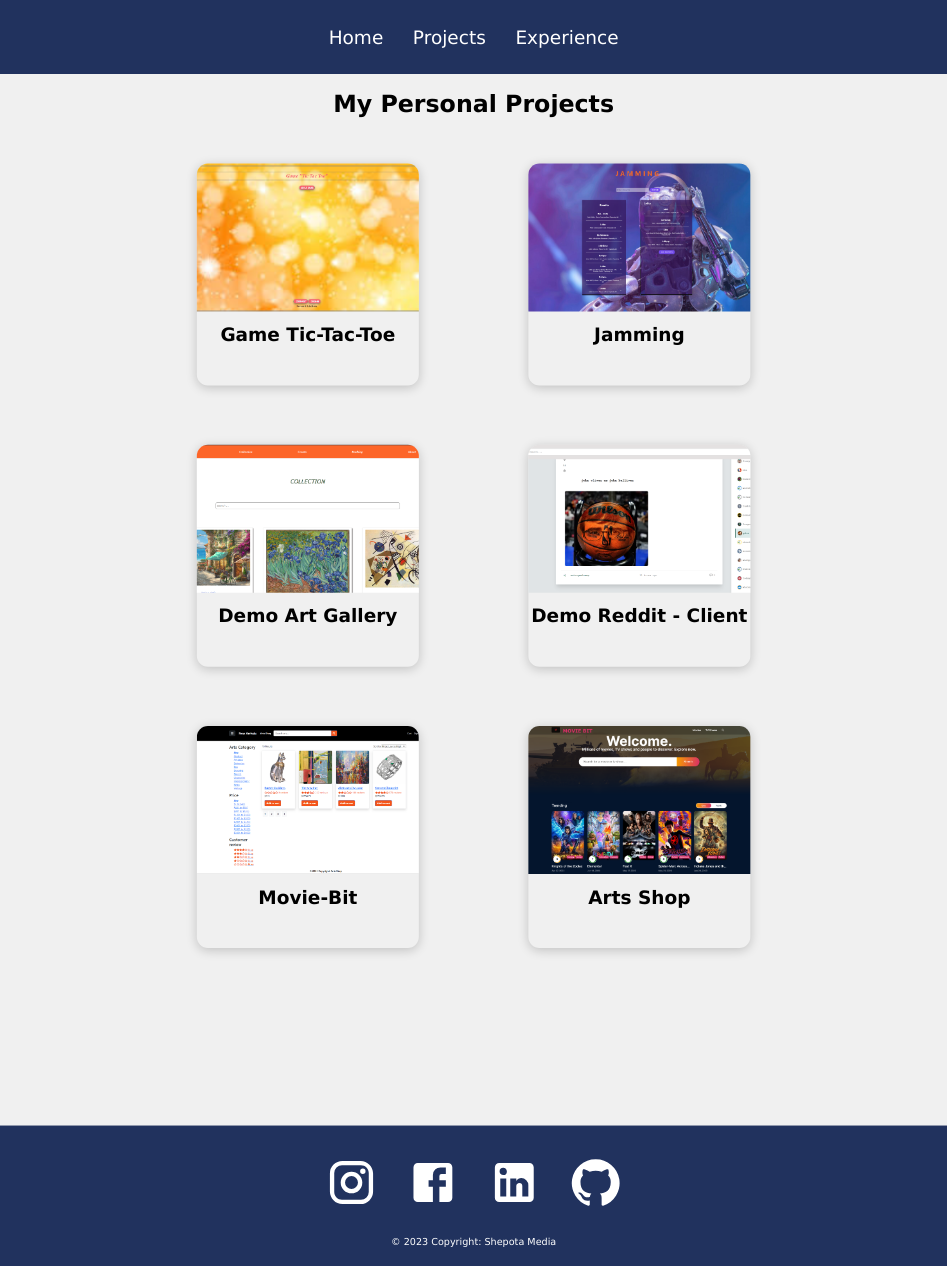
Repository: LolaSL/react-portfolio
Page: /projects
An editor plug-in stored every save of this project. The page is shown before and after the next save, followed by the edit.
The browser window is 1280 px wide. The pictures show the whole page, at 74% of full size.
The project was rebuilt for these pictures with package versions that can differ from the ones it lists, and the page was loaded fresh each time. Also part of the build but not shown: src/pages/Home/Style.css, src/pages/Home/Home.jsx, src/pages/Experience/Experience.jsx.

Above is the page before, as saved 2023-06-28 21:05:51.

### src/App.js

import './App.css';
import { BrowserRouter as Router, Routes, Route } from 'react-router-dom';
import Home from './pages/Home/Home.jsx';
import Projects from './pages/Projects/Projects.jsx';
import Experience from './pages/Experience/Experience.jsx';
import Navbar from "./components/Navbar/Navbar.jsx";
import Footer from './components/Footer/Footer.jsx';

function App() {
  return (
    <div className="App">
      <Router>
      <Navbar />
        <Routes>
          <Route path="/" element={<Home />} />
          <Route path="/projects" element={<Projects/>} />
          <Route path="/experience" element ={<Experience/>}/>
        </Routes>
        <Footer />
      </Router>
    </div>
  );
}

export default App;

### src/App.css
.App {
  width: 100%;
  height: auto;
  display: flex;
  flex-direction: column;
  font-family:'Lucida Sans', 'Lucida Sans Regular', 'Lucida Grande', 'Lucida Sans Unicode', Geneva, Verdana, sans-serif;
  background-color: #f0f0f0;
}

body {
  padding: 0;
  margin: 0;
}

### src/pages/Projects/Projects.jsx
import React from "react";
import ProjectItem from "../../components/ProjectItem/ProjectItem.jsx";
import { ProjectList } from "../../helpers/ProjectList.js";
import "./Style.css";


function Projects() {
  return (
    <div className="projects">
      <h1> My Personal Projects</h1>
      <div className="projectList">
        {ProjectList.map((project, index) => {
          return (
            <ProjectItem id={index} name={project.name} image={project.image} />
          );
        })}
      </div>
    </div>
  );
}

export default Projects;

### src/components/Navbar/Navbar.jsx
import React, { useEffect, useState } from "react";
import { Link, useLocation } from "react-router-dom";
import DehazeIcon from '@mui/icons-material/Dehaze';
import "./Style.css";

const Navbar = () => {
    const [expandNavbar, setExpandNavbar] = useState(false);
    const location = useLocation();
    useEffect(() => {
        setExpandNavbar(false);
      }, [location]);
    return (
        <div className="navbar" id={expandNavbar ? "open" : "close"}>
        <div className="toggleButton">
        <button
          onClick={() => {
            setExpandNavbar((prev) => !prev);
          }}
        >
          < DehazeIcon/>
        </button>
      </div>
    <div className="links">
        <Link to="/"> Home </Link>
        <Link to="/projects"> Projects </Link>
        <Link to="/experience"> Experience </Link>
            </div>
        </div>
  )
}

export default Navbar;

### src/components/Footer/Footer.jsx
import React from "react";
import InstagramIcon from "@mui/icons-material/Instagram";
import FacebookIcon from "@mui/icons-material/Facebook";
import LinkedInIcon from "@mui/icons-material/LinkedIn";
import GitHubIcon from "@mui/icons-material/GitHub";
import "./Style.css";

const Footer = () => {
  return (
    <div className="footer">
      <div className="socialMedia">
        <InstagramIcon />
        <FacebookIcon />
        <LinkedInIcon />
        <GitHubIcon />
      </div>
      <div className="copyright">
        <p>&copy; {new Date().getFullYear()} Copyright: Shepota Media</p>
      </div>
    </div>
  );
};

export default Footer;

### src/helpers/ProjectList.js
import Project1 from "../assets/project1.png";
import Project2 from "../assets/project2.png";
import Project3 from "../assets/project3.png";
import Project4 from "../assets/project4.png";
import Project5 from "../assets/project5.png";
import Project6 from "../assets/project6.png";

export const ProjectList = [
  {
    name: "Game Tic-Tac-Toe",
    image: Project1,
    skills: "JavaScript, HTML, CSS,  Git and GitHub,",
  },
  {
    name: "Jamming",
    image: Project2,
    skills: "React, HTML, CSS, HTTP Requests and Responses, Git and GitHub, (Client part - front-end).  ",
  },
  {
    name: "Demo Art Gallery",
    image: Project3,
    skills: "React, mock data server,  Git and GitHub, i18n for content translation in two languages: English and Russian (Client part - front-end).",
  },
  {
    name: "Demo Reddit - Client",
    image: Project4,
    skills: "React, Redux Toolkit, Redux, Reddit API, Git and GitHub, Jest, (Client part - front-end).",
  },
  {
    name: "Movie-Bit",
    image: Project6,
    skills: "React, SCSS, Redux Toolkit, SCSS, Redux, TMBD API, Git and GitHub, Jest, (Client part - front-end).",
  },  {
    name: "Arts Shop",
    image: Project5,
    skills: "React hooks, Bootstrap, , React Api-Context, React Router, Webpack, NPM (basics), Mongo DB, (Full Stack)",
  },
];

### src/pages/Projects/Style.css
.projects {
    width: 100%;
    height: auto;
    display: flex;
    justify-content: center;
    align-items: center;
    flex-direction: column;
  }
  .projects .projectTitle {
    text-align: center;
    color: #3e497a;
    font-size: 60px;
    font-weight: bolder;
  }

  .projectList {
    width: 70vw;
    height: auto;
    display: grid;
    grid-template-columns: 1fr 1fr 1fr;
    place-items: center;
  }

  /* MENU ITEM STYLING */

  .projectItem {
    border-radius: 15px;
    width: 300px;
    height: 300px;
    margin: 40px;
    box-shadow: 0px 3px 15px rgba(0, 0, 0, 0.2);
    text-align: center;
  }
  .projectItem:hover {
    box-shadow: 0px 3px 15px rgba(0, 0, 0, 0.5);
    transition: 0.3s ease-in;
    cursor: pointer;
  }

  .projectItem .bgImage {
    border-top-left-radius: 15px;
    border-top-right-radius: 15px;
    width: 100%;
    height: 200px;
    background-position: center;
    background-repeat: no-repeat;
    background-size: cover;
  }

  .projectItem h1 {
    font-size: 25px;
  }

  @media only screen and (max-width: 1300px) {
    .projectList {
      grid-template-columns: 1fr 1fr;
    }
  }

  @media only screen and (max-width: 800px) {
    .projectList {
      grid-template-columns: 1fr;
    }
  }

  @media only screen and (max-width: 800px) {
    .projectList {
      width: 100%;
    }
    .projectItem {
      width: 300px;
      height: 300px;
    }
  }

### src/components/Navbar/Style.css
.navbar {
    width: 100%;
    height: 100px;
    background: #21325e;
  }

  .links {
    width: 100%;
    height: 100%;
    display: flex;
    align-items: center;
    justify-content: center;
    color: white;
  }

  .navbar a {
    color: white;
    text-decoration: none;
    font-family: Verdana, Geneva, Tahoma, sans-serif;
    margin: 20px;
    font-size: 25px;
  }

  .toggleButton {
    width: 100%;
    height: 100px;
    display: flex;
    align-items: center;
    justify-content: flex-end;
  }

  .toggleButton svg {
    font-size: 50px;
  }
  .toggleButton button {
    margin-right: 20px;
    background-color: transparent;
    border: none;
    color: white;
    cursor: pointer;
  }

  #open {
    height: 100vh;
  }

  #open .links {
    flex-direction: column;
    justify-content: flex-start;
    margin-top: 100px;
  }

  #open a {
    width: 100%;
    text-align: center;
  }

  @media only screen and (max-width: 900px) {
    .navbar a {
      width: 70px;
    }
  }

  @media only screen and (max-width: 600px) {
    .toggleButton {
      display: flex;
    }
    #close a {
      display: none;
    }
  }

  @media only screen and (min-width: 600px) {
    .toggleButton {
      display: none;
    }

    .hiddenLinks {
      display: none;
    }

    #open {
      height: 100px;
    }

    #open .links {
      flex-direction: row;
    }
  }

### src/components/Footer/Style.css
.footer {
    width: 100%;
    height: 180px;
    background: #21325e;
    display: flex;
    justify-content: center;
    align-items: center;
    flex-direction: column;
    padding-top: 10px;
    margin-top: 200px;
  }

  .socialMedia svg{
    color: white;
    margin: 20px;
    font-size: 70px;
    cursor: pointer;
  }

p {
    color: white;
    font-size: small;
  }

  @media only screen and (max-width: 600px) {
    .footer svg {
      font-size: 50px;
    }
  }

Loaded but not shown: public/index.html (common file); src/index.js (common file); src/reportWebVitals.js (common file); src/components/ProjectItem/ProjectItem.jsx (common file)

After the next save:
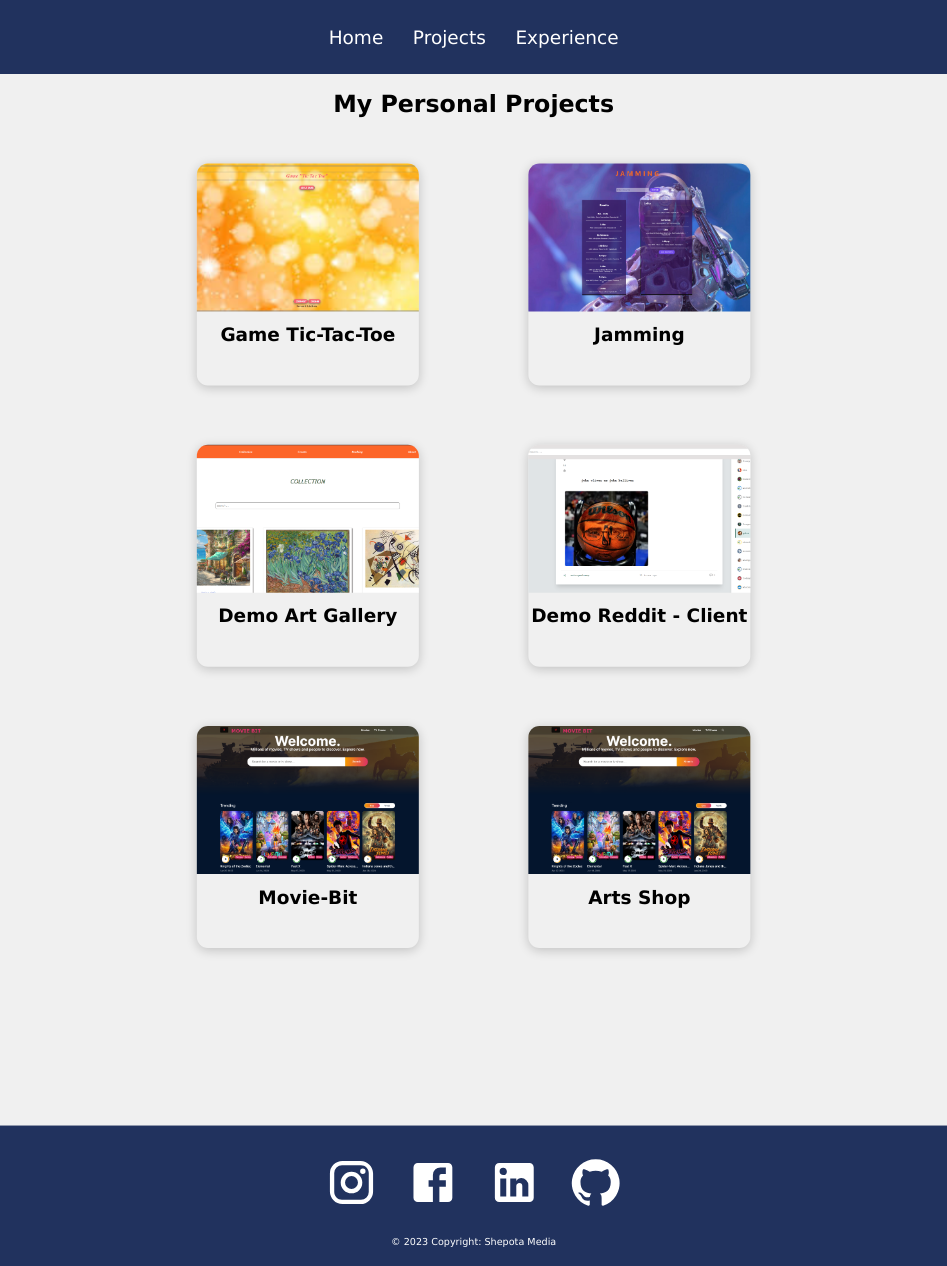
Saved 17 min 44 s later.
--- a/src/helpers/ProjectList.js
+++ b/src/helpers/ProjectList.js
@@ -28,7 +28,7 @@ export const ProjectList = [
   },
   {
     name: "Movie-Bit",
-    image: Project6,
+    image: Project5,
     skills: "React, SCSS, Redux Toolkit, SCSS, Redux, TMBD API, Git and GitHub, Jest, (Client part - front-end).",
   },  {
     name: "Arts Shop",
